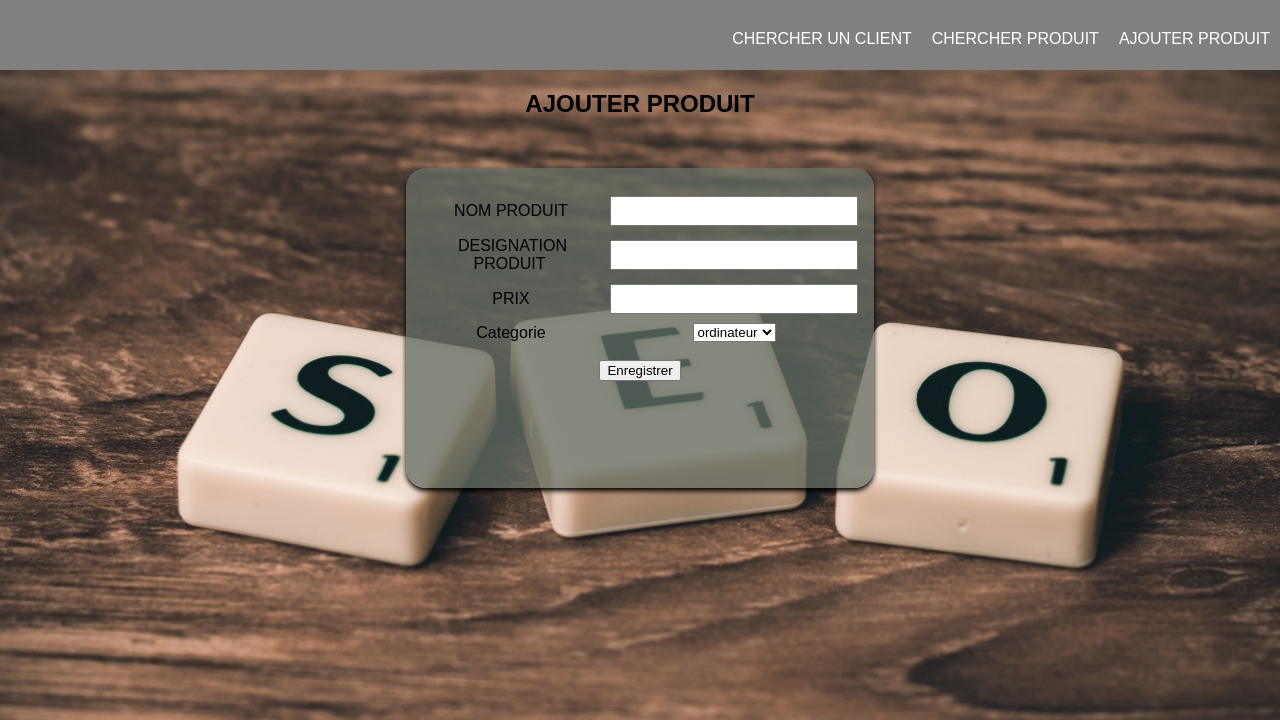
Repository: ahthionkevin/first-ecommerce-website
Page: http://localhost/addProductView.php
These files come from the project's save history. The page is drawn as it stood at one moment and after the next save; the edit follows.
The browser window is 1280 px wide. The pictures show the whole page.
The page is run by PHP 8.4 with error messages shown; the project is at /var/www/html/.

Above is the page before, as saved 2021-06-17 22:01:50.

After the next save:
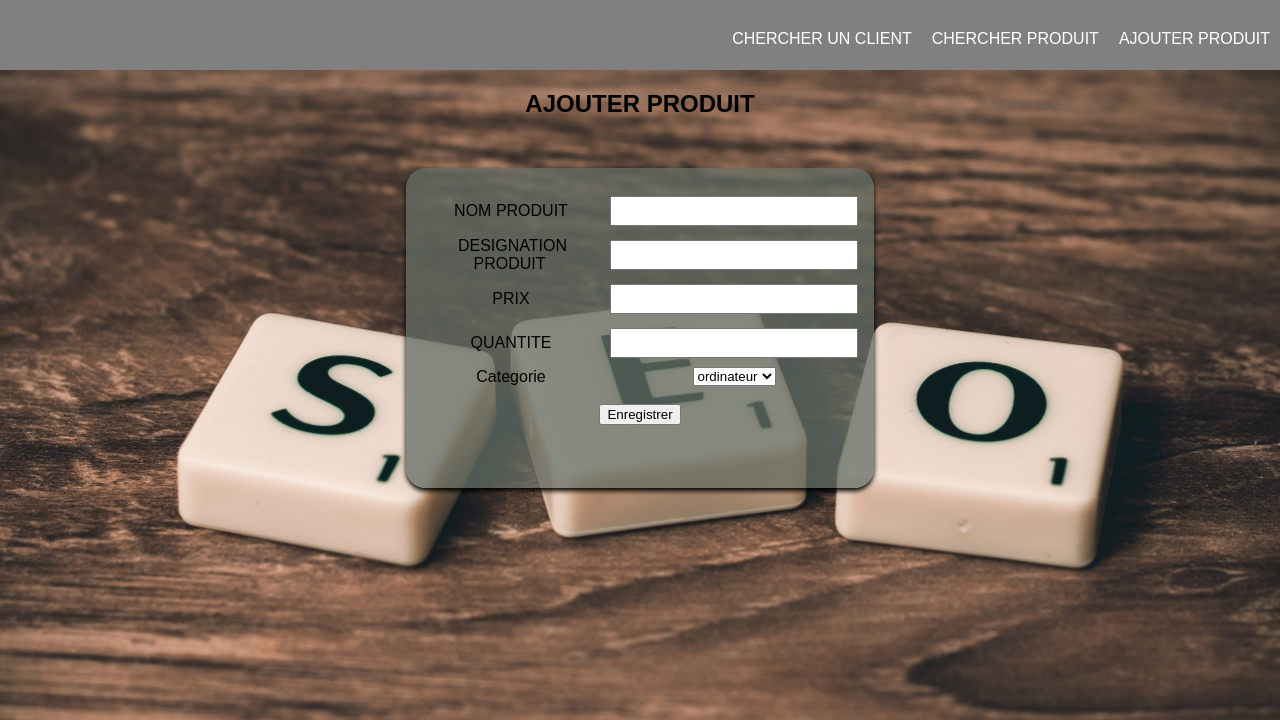
Saved 110 s later.
--- a/Cote_Serveur/addProductView.php
+++ b/Cote_Serveur/addProductView.php
@@ -28,6 +28,11 @@
             </tr>
 
             <tr>
+                <td><label for="qte">QUANTITE </label></td>
+                <td><input type="text" name="prix" class="sign"></td>
+            </tr>
+
+            <tr>
                 <td><label for="categorie">Categorie </label></td>
                 <td><select name="categorie" id="caetgorie">
                     <option value="ordinateur">ordinateur</option>
